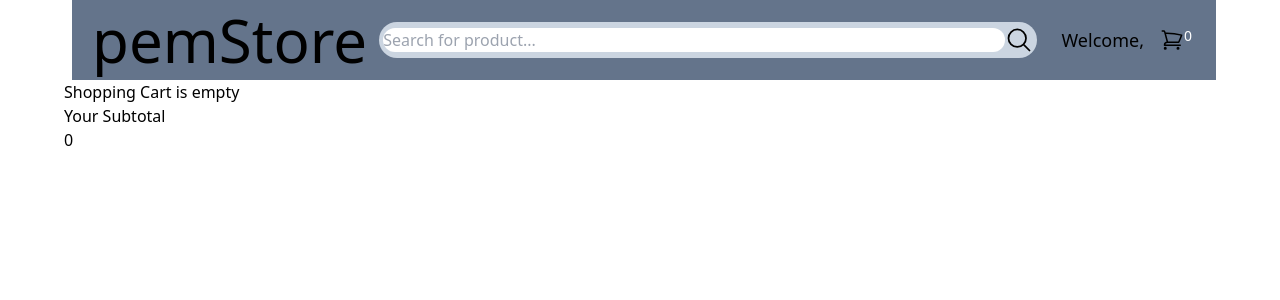
Repository: Semanmernstack/pemstore
Page: /checkout
The author's editor kept a copy of each file at every save. The page is drawn from the files as they stood at one save, then again after the next save.
The browser window is 1280 px wide. The pictures show the whole page.
The page's requests for data from a server got no answer. The project was rebuilt for these pictures with package versions that can differ from the ones it lists, and the page was loaded fresh each time. The framework's server and built-in components were replaced by stand-ins that run in the browser. No one was signed in, and anything a server would have sent is missing. Also part of the build but not shown: next.config.js, components/CheckoutProduct.js.

Above is the page before, as saved 2022-11-06 04:04:33.

### pages/_app.js
import '../styles/globals.css'
import { SessionProvider } from "next-auth/react"
import { Provider } from 'react-redux'
import { store } from '../store'


function MyApp({ Component, pageProps: { session, ...pageProps }, }) {
  return (
    <SessionProvider session={session}>
      <Provider store={store}  >
        <Component {...pageProps} />
      </Provider>


    </SessionProvider>
  )
}

export default MyApp

### pages/checkout.js
import { useSession } from 'next-auth/react'
import React from 'react'
import { useSelector } from 'react-redux'
import CheckoutProduct from '../components/CheckoutProduct'
import Header from '../components/Header'
import { selectItems } from '../slices/basketSlice'

function Checkout() {
    const { data: session } = useSession()
    const items = useSelector(selectItems)
  return (
    <div  className=" mx-auto max-w-6xl "  >
        <Header />
        <div >
            <h1>{items.length === 0 ? "Shopping Cart is empty"  : "Your  pemStore Cart" }   </h1>
            <p>{session?.user.name}</p>
        </div>
        <div>
            <h1>Your Subtotal</h1>
            <span>0</span>
        </div>

        {items.map((item, i) => (
            <CheckoutProduct
                key={i}
                id={item.id}
                title={item.title}
                price={item.price}
                description={item.description}
                category={item.category}
                image={item.image}
            />
        ))}



    </div>
  )
}

export default Checkout

### store.js
import { configureStore } from '@reduxjs/toolkit';
import  basketReducer  from "./slices/basketSlice"
// ...

export const store = configureStore({
  reducer: {
    basket: basketReducer,


  },
})

### components/Header.js
import React from 'react'
import { useSession, signIn, signOut } from "next-auth/react"
import { useRouter } from 'next/router'
import { useSelector } from 'react-redux'
import { selectItems } from '../slices/basketSlice'

function Header() {
    const { data: session } = useSession()
    const router = useRouter()
    const items = useSelector(selectItems)

    return (
      <div className="flex  items-center ml-2  h-20 md:p-2  lg:p-5 bg-slate-500  sticky top-0 z-20">
          <div onClick={() => router.push("/")} className="mr-3  text-3xl md:text-5xl lg:text-6xl">
              <h1 className="cursor-pointer">pemStore</h1>
          </div>
          <div className="flex items-center flex-grow bg-slate-300 p-1 cursor-pointer rounded-full ">
              <input className="outline-none  rounded-full flex-grow   " type="text" placeholder="Search for product..." />
              <svg className="h-7 w-7"   xmlns="http://www.w3.org/2000/svg" fill="none" viewBox="0 0 24 24" strokeWidth={1.5} stroke="currentColor" >
                  <path strokeLinecap="round" strokeLinejoin="round" d="M21 21l-5.197-5.197m0 0A7.5 7.5 0 105.196 5.196a7.5 7.5 0 0010.607 10.607z" />
              </svg>
          </div>
          <div className="flex mx-3 lg:text-2xl">
          <div  onClick={!session ? signIn : signOut} className="flex items-center cursor-pointer text-sm md:text-lg mx-3">

              <p className="mr-1"> Welcome,</p>
              <p>{session?.user.name}</p>

          </div>
          <div onClick={() => router.push("/checkout")} className="relative flex items-center ">
              <svg xmlns="http://www.w3.org/2000/svg" fill="none" viewBox="0 0 24 24" strokeWidth={1.5} stroke="currentColor" className="w-6 h-6">
                  <path strokeLinecap="round" strokeLinejoin="round" d="M2.25 3h1.386c.51 0 .955.343 1.087.835l.383 1.437M7.5 14.25a3 3 0 00-3 3h15.75m-12.75-3h11.218c1.121-2.3 2.1-4.684 2.924-7.138a60.114 60.114 0 00-16.536-1.84M7.5 14.25L5.106 5.272M6 20.25a.75.75 0 11-1.5 0 .75.75 0 011.5 0zm12.75 0a.75.75 0 11-1.5 0 .75.75 0 011.5 0z" />
              </svg>
              <p className="absolute left-6 top-0 text-sm text-white   ">{items?.length}</p>
          </div>
          </div>

      </div>
    )
  }

  export default Header

### slices/basketSlice.js
import { createSlice } from '@reduxjs/toolkit';

const initialState = {
    items: [],
};




export const basketSlice = createSlice({
    name: "basket",
    initialState,
    // The `reducers` field lets us define reducers and generate associated actions
    reducers: {
        addtoBasket: (state, action) => {
            state.items = [...state.items, action.payload]
        },


    },

});

export const { addtoBasket } = basketSlice.actions;



export const selectItems = (state) => state.basket?.items;

export default basketSlice.reducer;

Loaded but not shown: styles/globals.css (common file); tailwind.config.js (common file)

After the next save:
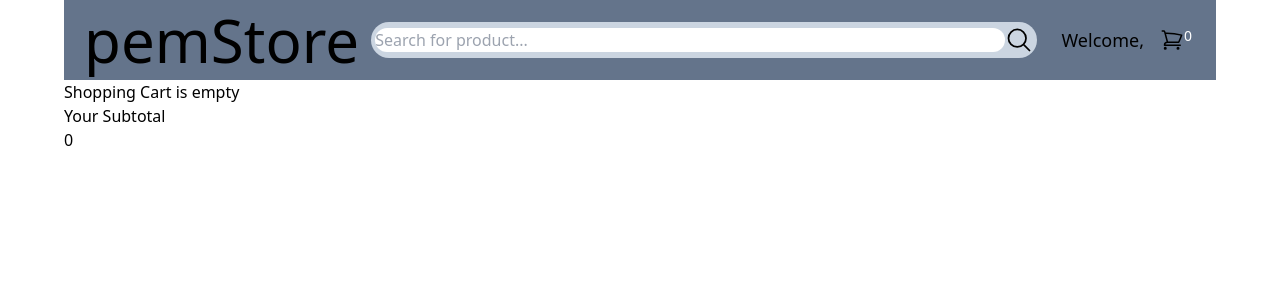
Saved 28 s later.
--- a/components/Header.js
+++ b/components/Header.js
@@ -10,7 +10,7 @@ function Header() {
     const items = useSelector(selectItems)
 
     return (
-      <div className="flex  items-center ml-2  h-20 md:p-2  lg:p-5 bg-slate-500  sticky top-0 z-20">
+      <div className="flex  items-center   h-20 md:p-2  lg:p-5 bg-slate-500  sticky top-0 z-20">
           <div onClick={() => router.push("/")} className="mr-3  text-3xl md:text-5xl lg:text-6xl">
               <h1 className="cursor-pointer">pemStore</h1>
           </div>
